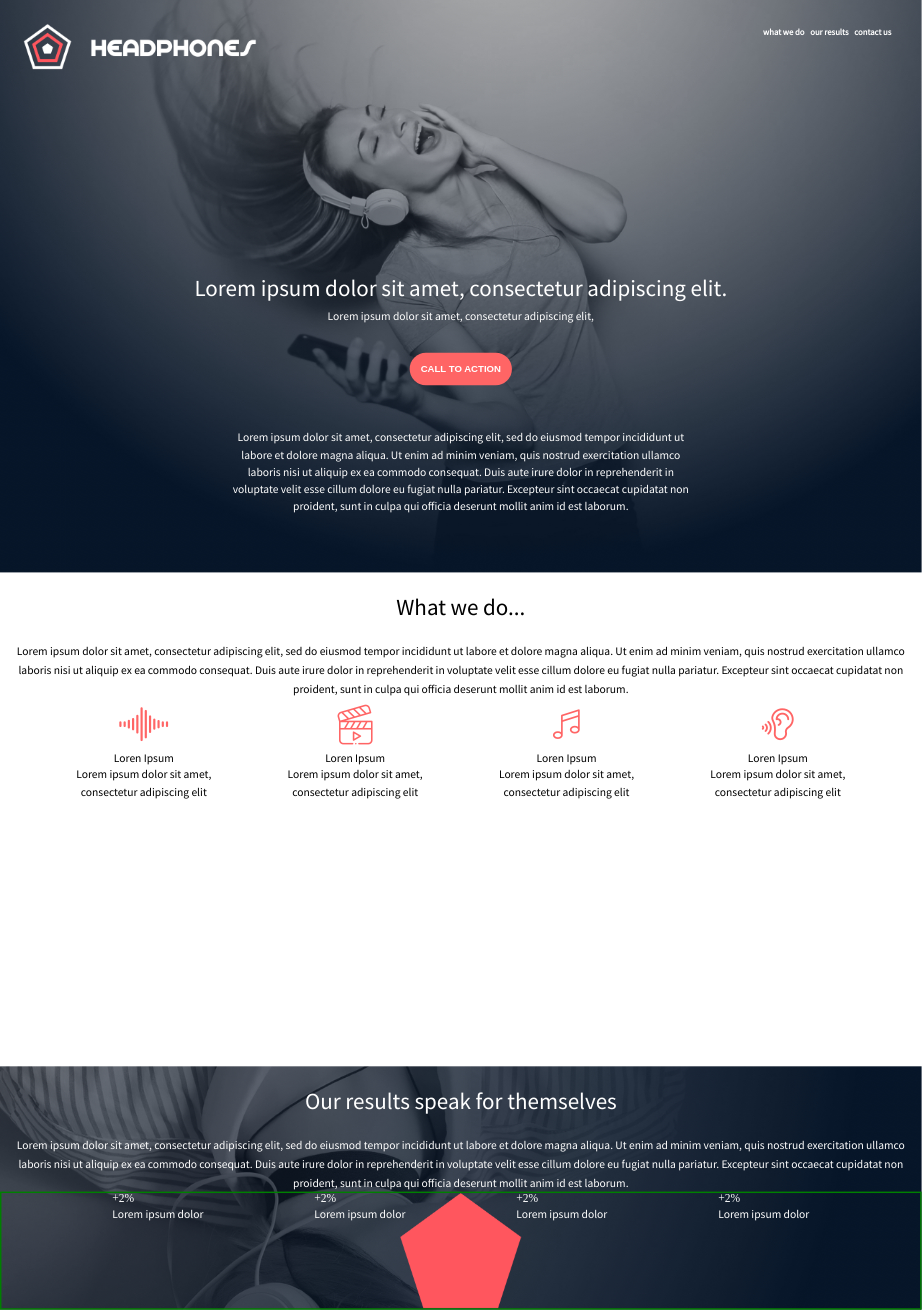
Repository: seleniadelgado/holbertonschool-web_front_end
Page: 0x09-implement_a_design_from_scratch/2-index.html
These files come from the project's save history. The page is drawn as it stood at one moment and after the next save; the edit follows.
The browser window is 1280 px wide. The pictures show the whole page, at 72% of full size.

Above is the page before, as saved 2020-03-23 12:30:37.

### 0x09-implement_a_design_from_scratch/2-index.html
<!DOCTYPE <!DOCTYPE html>
<head>
    <meta charset="utf-8">
    <title>Headphones</title>
    <meta name="description" content="">
    <meta name="viewport" content="width=device-width, initial-scale=1">
    <link rel="stylesheet" href="2-styles.css">
    <link rel="stylesheet" href="reset.css">
    <link rel="stylesheet" href="./holberton_school-icon/style.css">
    <link href="https://fonts.googleapis.com/css?family=Source+Sans+Pro&display=swap" rel="stylesheet">
</head>
<body>
<!-- nav bar -->
    <header>
        <div class="firstdiv">
            <nav>
                <input type="checkbox" id="menu">
                <label for="menu" id="nav-icon"></label>
                <div class="logo"><img href="active" href="#home"><img src="./images/logo_headphones.png" alt="logo"></a></div>
                <div class="main-nav">
                    <ul class="nav-header">
                        <li><a href="#what-we-do">what we do</a></li>
                        <li><a href="#our-results">our results</a></li>
                        <li><a href="#contact-us">contact us</a></li>
                    </ul>
                </div>
            </nav>
        </div>
<!-- Content -->
        <div class="seconddiv">
            <div class="text">
                <h1>Lorem ipsum dolor sit amet, consectetur adipiscing elit.</h1>
                <p>Lorem ipsum dolor sit amet, consectetur adipiscing elit, </p>
            </div>
        </div>
        <div class="thirddiv">
        <button id="button">CALL TO ACTION</button>
        <p class="longParagraph">Lorem ipsum dolor sit amet, consectetur adipiscing elit, sed do eiusmod tempor incididunt ut labore et dolore magna aliqua.
            Ut enim ad minim veniam, quis nostrud exercitation ullamco laboris nisi ut aliquip ex ea commodo consequat.
            Duis aute irure dolor in reprehenderit in voluptate velit esse cillum dolore eu fugiat nulla pariatur. Excepteur sint occaecat cupidatat non proident,
            sunt in culpa qui officia deserunt mollit anim id est laborum.</p>
            </div>
        </div>
    </div>
    </header>
    <div id="whatWeDo">
        <div class="content">
            <h1>What we do...</h1>
            <p> Lorem ipsum dolor sit amet, consectetur adipiscing elit, sed do eiusmod tempor incididunt ut labore et dolore magna aliqua.
                Ut enim ad minim veniam, quis nostrud exercitation ullamco laboris nisi ut aliquip ex ea commodo consequat.
                Duis aute irure dolor in reprehenderit in voluptate velit esse cillum dolore eu fugiat nulla pariatur. Excepteur sint occaecat cupidatat non proident,
                sunt in culpa qui officia deserunt mollit anim id est laborum.
            </p>
            <div class="grid">
                <div>
                    <div class="icon, item holberton_school-icon-ic_sound"></div>
                    <h6>Loren Ipsum</h6>
                    <p>Lorem ipsum dolor sit amet,<br> consectetur adipiscing elit</p>
                </div>
                <div>
                    <div class="icon, item holberton_school-icon-ic_video"></div>
                    <h6>Loren Ipsum</h6>
                    <p>Lorem ipsum dolor sit amet, <br>consectetur adipiscing elit</p>
                </div>
                <div>
                    <div class="icon, item holberton_school-icon-ic_music"></div>
                    <h6>Loren Ipsum</h6>
                    <p>Lorem ipsum dolor sit amet, <br>consectetur adipiscing elit</p>
                </div>
                <div>
                    <div class="icon, item holberton_school-icon-ic_hearing"></div>
                    <h6>Loren Ipsum</h6>
                    <p>Lorem ipsum dolor sit amet, <br>consectetur adipiscing elit</p>
                </div>
            </div>
        </div>
    </div>
    <div id="our-results">
        <div class="summary">
            <h1>Our results speak for themselves</h1>
            <p>Lorem ipsum dolor sit amet, consectetur adipiscing elit, sed do eiusmod tempor incididunt ut labore et dolore magna aliqua.
                Ut enim ad minim veniam, quis nostrud exercitation ullamco laboris nisi ut aliquip ex ea commodo consequat.
                Duis aute irure dolor in reprehenderit in voluptate velit esse cillum dolore eu fugiat nulla pariatur. Excepteur sint occaecat cupidatat non proident,
                sunt in culpa qui officia deserunt mollit anim id est laborum.
            </p>
            <div class="grid">
                <div class="component">
                    <h2>+2%</h2>
                    <p>Lorem ipsum dolor</p>
                </div>
                <div class="component">
                    <h2>+2%</h2>
                    <p>Lorem ipsum dolor</p>
                </div>
                <div class="component">
                    <h2>+2%</h2>
                    <p>Lorem ipsum dolor</p>
                </div>
                <div class="component">
                    <h2>+2%</h2>
                    <p>Lorem ipsum dolor</p>
                </div>
            </div>
        </div>
    </div>
</body>
</html>

### 0x09-implement_a_design_from_scratch/2-styles.css

:root {
    --font-size-sm: 12px;
    --font-size-md: 16px;
    --font-size-lg: 32px;
    --font-size-xl: 72px;
    --font-size-button: 14px;
    --color-primary-red: #FF6565;
    --color-body-white: white;
    --color-body-black: black;
    --font-family: 'Source Sans Pro', sans-serif;
}

/* header */
html {
    width: 100%;
}

header {
    width: 100%;
    background: transparent;
    position: relative;
    color: var(--color-body-white);
    background-image: url("images/headphones_hero_1.jpg");
    background-repeat: no-repeat;
    background-size: cover;
    font-family: var(--font-family);
}

header .firstdiv {
    justify-content: space-between;
    align-content: space-between;
    padding: 2rem;
    flex-wrap: wrap;
}

header .firstdiv nav {
    width: 100%;
    display: flex;
    justify-content: space-between;
    align-content: space-between;
    position: relative;
}

a {
    margin: auto 1.25rem;
    color: var(--color-body-white);
    text-decoration: none;
    font-family: var(--font-family);
}

a:hover, a:active {
    color: var(--color-primary-red)
}

#menu {
    display: none;
    position: absolute;
}

#nav-icon {
    display: none;
    position: absolute;
}

.logo {
    float: left;
}

.nav-header {
    display: inline-flex;
    margin: auto 0;
    list-style-type: none;
    font-size: var(--font-size-sm);
    font-weight: bolder;
    font-family: var(--font-family);
}

.main-nav ul {
    border: 6px transparent solid;
    justify-content: space-between;
}

.main-nav ul li a {
    border: 4px transparent solid;
    font-family: var(--font-family);

}

/* nav */
.seconddiv {
    text-align: center;
}

.thirddiv {
    text-align: center;
}

/*text */
.text {
    padding-top: 20%;
    text-align: center;
    line-height: 32px;
}

.text h1 {
    font-size: var(--font-size-md);
    color: var(--color-body-white);
}

.text p {
    font: var(--font-size-sm);
    color: var(--color-body-white);
}

/* button */
#button {
    padding: 15px;
    margin-top: 40px;
    margin-bottom: 60px;
    border-radius: 4em;
    background-color: #FF6565;
    box-shadow: var(--color-body-black);
    border-style: none;
    color: var(--color-body-white);
    font-weight: bolder;
}

#button:hover {
    opacity: 0.9;
}

/* end button */

/* start longparagraph */
.longParagraph {
    display: flex;
    margin: auto;
    margin: 0% 25% 0% 25%;
    line-height: 24px;
    font-family: var(--font-family);
    font-size: var(--font-size-md);
    color: var(--color-body-white);
    padding-bottom: 5em;
}
/* end longparagraph */

/* media query for screens less than 480px */
@media (max-width: 480px)
{
    header nav {
      flex-direction: column;
      align-items: center;
    }

    .logo {
      width: 50%;
      height: auto;
      display: flex;
      text-align: center;
    }

    .nav-header {
      display: none;
      width: 100%;
      flex-direction: column;
      margin: 1rem auto;
      text-align: center;
      font-weight: bold;
      font-size: var(--font-size-btn);
      float: right;
      display: inline-flex;
      margin-right: 10%;
    }

    .nav-header li {
      width: 100%;
      margin: 0.5rem auto;
      padding-right: 50px;
      font-family: var(--font-family);
    }

    #nav-icon {
        background: var(--color-body-white);
        height: 2px;
        width: 13px;
        position: absolute;
        left: 1rem;
        top: 18px;
        display: block;
    }

    #nav-icon::before {
        content: "";
        background: var(--color-body-white);
        height: 2px;
        width: 20px;
        position: relative;
        top: -0.4rem;
        display: block;
        transition: all 0.2s ease;
    }

    #nav-icon::after {
        content: "";
        background: var(--color-body-white);
        height: 2px;
        width: 18px;
        position: relative;
        top: 0.3rem;
        display: block;
        transition: all 0.2s ease;
    }

    #menu:checked ~ .nav-header {
        display: inline-flex;
    }

    #menu:checked ~ #nav-icon {
        background: transparent;
    }

    #menu:checked ~ #nav-icon::before {
        transform: rotate(45deg);
        top: 3px;
        margin: auto;
    }

    #menu:checked ~ #nav-icon::after {
        width: 20px;
        transform: rotate(-45deg);
        top: 1px;
        margin: auto;
    }
}

.text {
    font-family: var(--font-family);
    line-height: 24px;
}

.text h1 {
    font-size: var(--font-size-lg);
    margin-bottom: 10;
    line-height: 32px;;
}

.text p {
    font-size: var(--font-size-md);
}

/* menu btn ends */
.content {
    display: grid;
    text-align: center;
    font-family: var(--font-family);
    margin-bottom: 20em;
}

.grid {
    display: flex;
    flex-wrap: wrap;
    justify-content: space-evenly;
    height: 100%
}

.grid p {
    padding-bottom: 3em;
}

.item {
    color: var(--color-primary-red);
    font-size: var(--font-size-xl);
    margin: 2px;
}

.item h6, p {
    color: var(--color-body-black);
    font-size: var(--font-size-sm);
    margin-bottom: 5px;
}

#whatWeDo {
    margin-top: 2em;
    font-family: var(--font-family);
    margin-bottom: none;
}

.content h1 {
    font-size: var(--font-size-lg);
    margin-bottom: 1em;
}

.content p {
    text-align: center;
    font-size: var(--font-size-md);
    line-height: 26px;
}

#our-results {
    padding-top: 2em;
    background-image: url(images/headphones_hero_2.jpg);
    background-repeat: no-repeat;
    color: var(--color-body-white);
}

.summary h1 {
    text-align: center;
    color: var(--color-body-white);
    font-family: var(--font-family);
    font-size: var(--font-size-lg);
    margin-bottom: 1em;
}

.summary p {
    color: var(--color-body-white);
    font-family: var(--font-family);
    font-size: var(--font-size-md);
    line-height: 26px;
    text-align: center;
}
.results h2 {
    position: absolute;
    text-align: center;
    left: 50%;
    transform: translate(-50%, -50%);
}
#our-results .grid  {
    background-image: url("images/pentagone.png");
    background-repeat: no-repeat;
    background-size: contain;
    background-position: center;
    height: 10rem;
    padding: 0;
    position: relative;
    border: 2px solid green;
}

### 0x09-implement_a_design_from_scratch/holberton_school-icon/style.css
@font-face {
  font-family: 'holberton_school-icon';
  src:  url('fonts/holberton_school-icon.eot?sq4eq4');
  src:  url('fonts/holberton_school-icon.eot?sq4eq4#iefix') format('embedded-opentype'),
    url('fonts/holberton_school-icon.ttf?sq4eq4') format('truetype'),
    url('fonts/holberton_school-icon.woff?sq4eq4') format('woff'),
    url('fonts/holberton_school-icon.svg?sq4eq4#holberton_school-icon') format('svg');
  font-weight: normal;
  font-style: normal;
  font-display: block;
}

[class^="holberton_school-icon-"], [class*=" holberton_school-icon-"] {
  /* use !important to prevent issues with browser extensions that change fonts */
  font-family: 'holberton_school-icon' !important;
  speak: none;
  font-style: normal;
  font-weight: normal;
  font-variant: normal;
  text-transform: none;
  line-height: 1;

  /* Better Font Rendering =========== */
  -webkit-font-smoothing: antialiased;
  -moz-osx-font-smoothing: grayscale;
}

.holberton_school-icon-arrow_1:before {
  content: "\e900";
}
.holberton_school-icon-arrow_2:before {
  content: "\e901";
}
.holberton_school-icon-arrow_3:before {
  content: "\e902";
}
.holberton_school-icon-arrow_4:before {
  content: "\e903";
}
.holberton_school-icon-arrow_5:before {
  content: "\e904";
}
.holberton_school-icon-check:before {
  content: "\e905";
}
.holberton_school-icon-ic_bag:before {
  content: "\e906";
}
.holberton_school-icon-ic_cart:before {
  content: "\e907";
}
.holberton_school-icon-ic_facebook:before {
  content: "\e908";
}
.holberton_school-icon-ic_hearing:before {
  content: "\e909";
}
.holberton_school-icon-ic_instagram:before {
  content: "\e90a";
}
.holberton_school-icon-ic_laptop:before {
  content: "\e90b";
}
.holberton_school-icon-ic_money:before {
  content: "\e90c";
}
.holberton_school-icon-ic_music:before {
  content: "\e90d";
}
.holberton_school-icon-ic_sound:before {
  content: "\e90e";
}
.holberton_school-icon-ic_twitter:before {
  content: "\e90f";
}
.holberton_school-icon-ic_video:before {
  content: "\e910";
}
.holberton_school-icon-menu:before {
  content: "\e911";
}
.holberton_school-icon-search_1:before {
  content: "\e912";
}
.holberton_school-icon-search_2:before {
  content: "\e913";
}
.holberton_school-icon-star:before {
  content: "\e914";
}

Loaded but not shown: 0x09-implement_a_design_from_scratch/reset.css (common file)

After the next save:
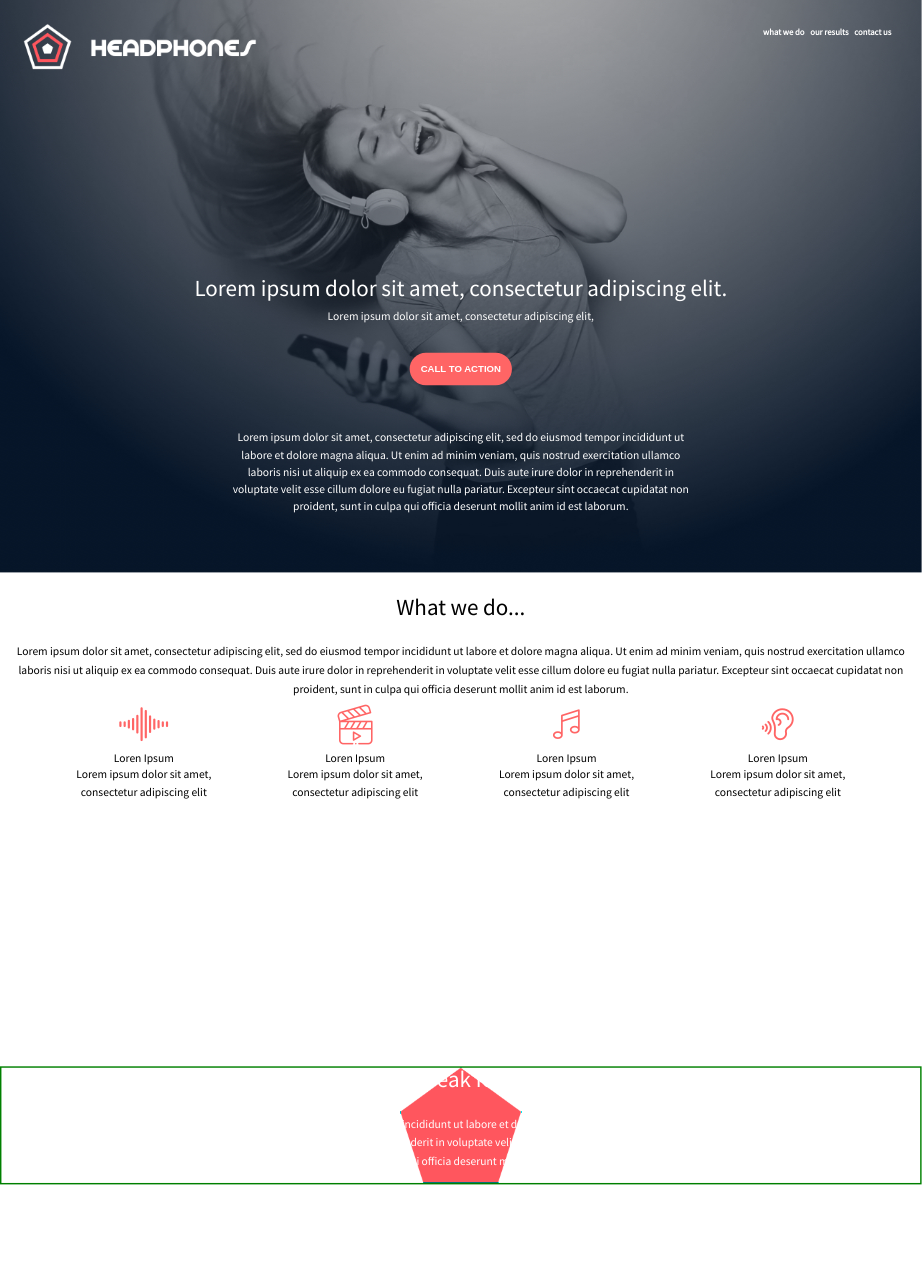
Saved 5 s later.
--- a/0x09-implement_a_design_from_scratch/2-styles.css
+++ b/0x09-implement_a_design_from_scratch/2-styles.css
@@ -325,7 +325,7 @@ a:hover, a:active {
     left: 50%;
     transform: translate(-50%, -50%);
 }
-#our-results .grid  {
+#our-results {
     background-image: url("images/pentagone.png");
     background-repeat: no-repeat;
     background-size: contain;
